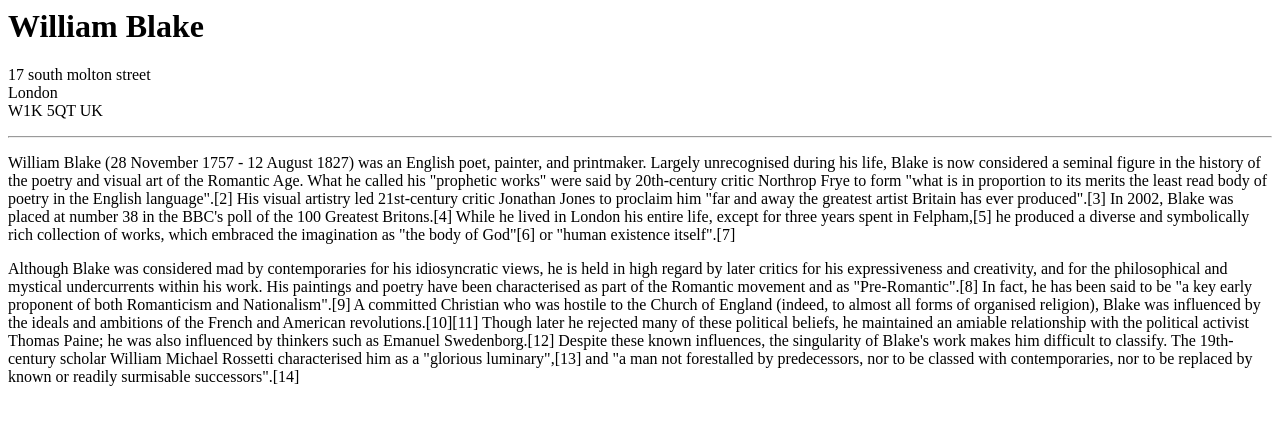
Repository: logan-lampton/python
Page: web-foundation/poet.html
An editor plug-in stored every save of this project. The page is shown before and after the next save, followed by the edit.
The browser window is 1280 px wide. The pictures show the whole page.

Above is the page before, as saved 2023-08-23 15:38:52.

After the next save:
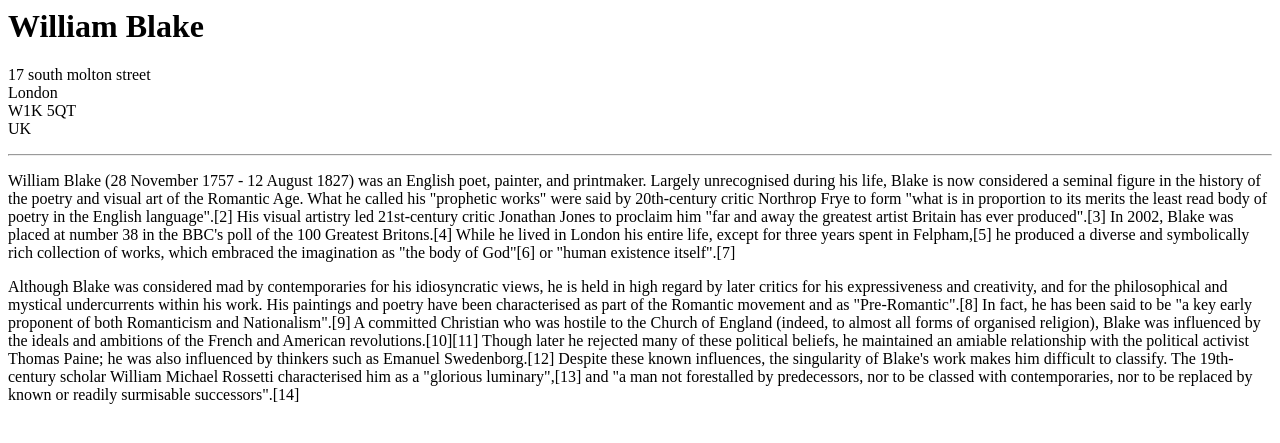
Saved 16 s later.
--- a/web-foundation/poet.html
+++ b/web-foundation/poet.html
@@ -2,7 +2,9 @@
 
 <p>
   17 south molton street<br />
-  London <br />W1K 5QT UK
+  London <br />
+  W1K 5QT <br />
+  UK
 </p>
 <hr />
 
